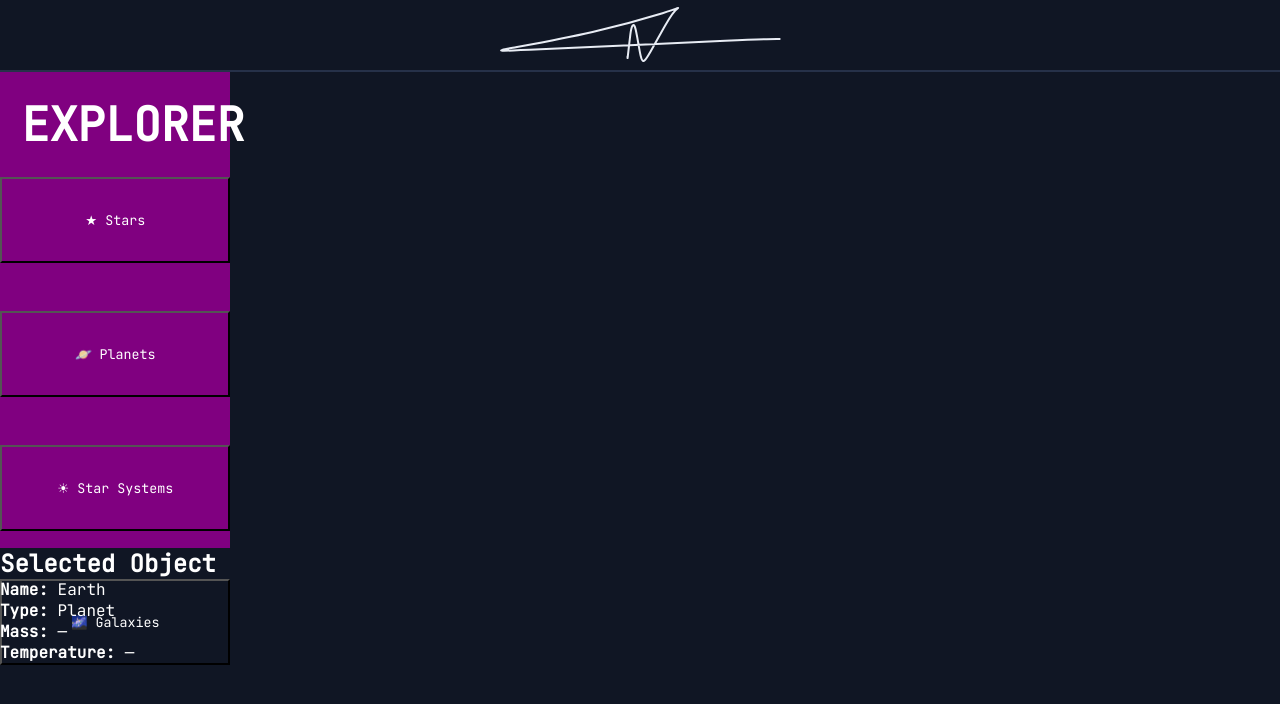
Repository: nico-madruga/Universe
Page: front-end/html/index.html
These files come from the project's save history. The page is drawn as it stood at one moment and after the next save; the edit follows.
The browser window is 1280 px wide. The pictures show the whole page.

Above is the page before, as saved 2026-09-28 16:54:33.

After the next save:
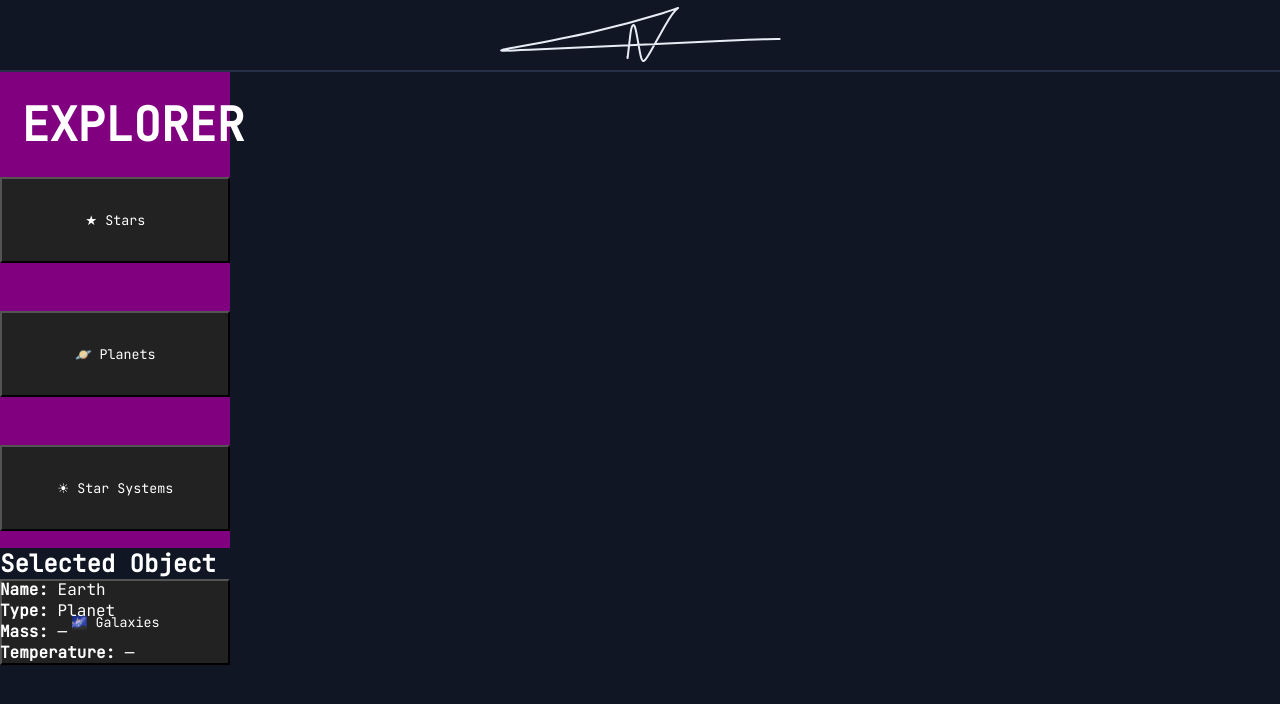
Saved 11 s later.
--- a/front-end/css/style.css
+++ b/front-end/css/style.css
@@ -2,7 +2,7 @@
 {
     --background-color: #101624;
     --planet-background-color: #080B14;
-    --button-color: #222222
+    --button-color: #222222;
     --panels-color: #101624;
     --panel-borders-color: #263149;
     --main-text-color: #E8ECF4;
